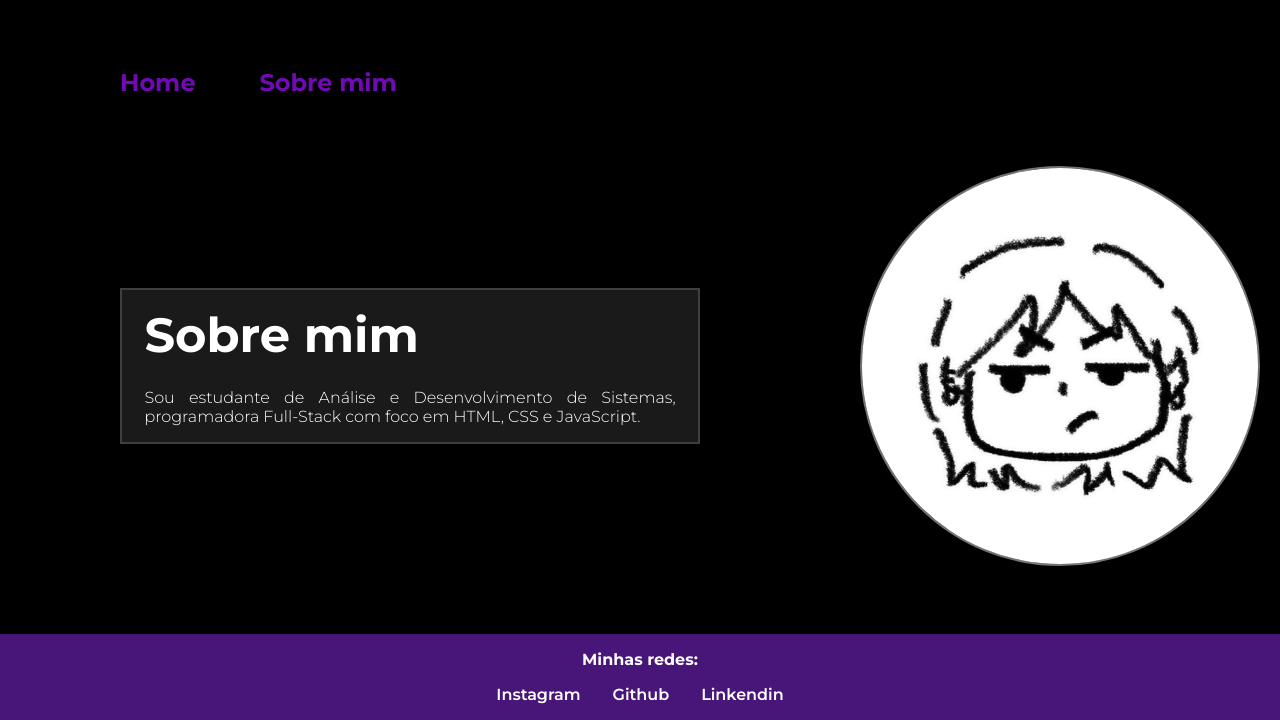
Repository: analessp/portfolio-developer
Page: index.html
The author's editor kept a copy of each file at every save. The page is drawn from the files as they stood at one save, then again after the next save.
The browser window is 1280 px wide. The pictures show the whole page.

Above is the page before, as saved 2025-04-24 10:18:33.

### index.html
<!DOCTYPE html>
<html lang="pt-BR">
<head>
    <meta charset="UTF-8">
    <meta name="viewport" content="width=device-width, initial-scale=1.0">
    <title>Portfólio de Ana Lessa</title>
    <link rel="stylesheet" href="style.css">
</head>
<body>
    <header>
        <nav>
            <uL class="navbar-list">
                <li>Home</li>
                <li>Sobre mim</li>
            </uL>
        </nav>
    </header>
    <main>
        <div class="about-me">
            <h1>Sobre mim</h1>
            <p>Sou estudante de Análise e Desenvolvimento de Sistemas, programadora Full-Stack com foco em HTML, CSS e JavaScript.</p>
        </div>
        <img src="/portfolio-developer/assets/avatar.jfif" alt="Avatar de Ana Lessa" class="about-me-image">
    </main>
    <footer>
        <h4>Minhas redes:</h4>
        <ul>
            <li> <a *href*="#">Instagram</a></li>
            <li> <a *href*="#">Github</a></li>
            <li> <a *href*="#">Linkendin</a></li>
            </ul>
    </footer>
</body>
</html>

### style.css
@import url('https://fonts.googleapis.com/css2?family=Montserrat:ital,wght@0,100..900;1,100..900&display=swap');

* {
    margin: 0;
    padding: 0;
    box-sizing: border-box;
    font-family: "Montserrat", sans-serif;
}

body {
    display: flex;
    flex-direction: column;
    justify-content: space-between;
    height: 100vh;
    width: 100%;
    background-color: black;
    color: white;
}

.navbar-list {
    padding-left: 120px;
    padding-top: 68px;
    display: flex;
    gap: 4rem;
    list-style-type: none;
    color: #7209b7;
    font-weight: 700;
    font-size: 1.5rem;
    margin-bottom: 3rem;
}

main {
    padding-left: 120px;
    display: flex;
    gap: 10rem;
    align-items: center;
}

.about-me {
    background-color: rgba(255, 255, 255, 0.1);
    display: flex;
    flex-direction: column;
    gap: 1.5rem;
    width: 50%;
    text-align: justify;
    padding: 1rem 1.4rem;
    border: 2px solid rgb(63, 63, 63);
}

.about-me h1 {
    font-size: 3rem;
}

.about-me p {
    font-weight: 300;
}

.about-me-image {
    width: 25rem;
    border-radius: 50%;
    border: 2px solid rgba(208, 208, 208, 0.552);
    height: fit-content;
}

footer {
    margin-top: 3rem;
    padding-top: 1rem;
    background-color: rgb(72, 22, 120);
    display: flex;
    flex-direction: column;
    align-items: center;
    gap: 1rem;
}

footer ul {
    display: flex;
    gap: 2rem;
    list-style-type: none;
    margin-bottom: 1rem;
}

footer a {
    text-decoration: none;
    color: white;
    font-weight: 600;
}

@media only screen and (max-width: 768px) {

    body {
        justify-content: center;
    }

    .navbar-list {
        justify-content: center;
        padding-left: 0;
        padding-top: 40px;
        margin-bottom: 0;
    }

    main {
        margin-top: 0;
        flex-direction: column-reverse;
        padding-left: 0;
        gap: 0;
    }

    .about-me-image {
        width: 18rem;
    }

    .about-me {
        width: 70%;
        height: 50px;
        overflow-y: auto;
    }

    .about-me h1 {
        text-align: center;
    }

    .about-me p {
        font-size: 1.2rem;
    }

}

After the next save:
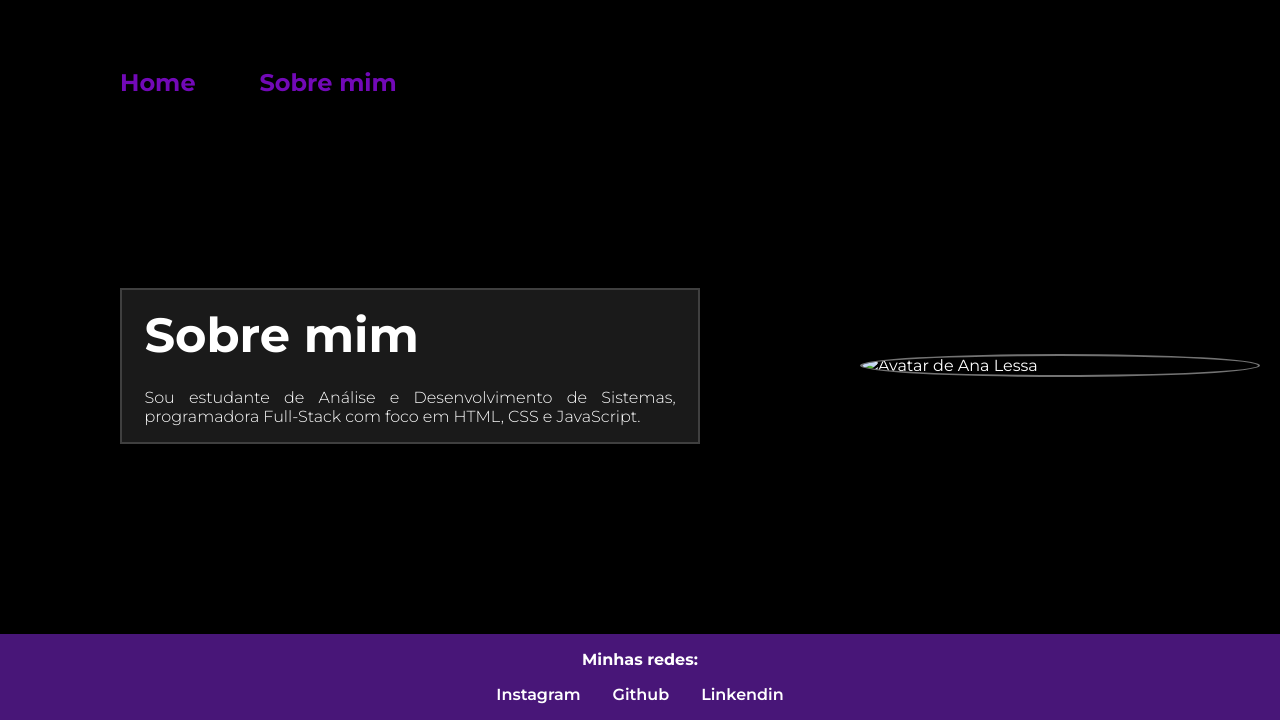
Saved 80 s later.
--- a/index.html
+++ b/index.html
@@ -20,7 +20,7 @@
             <h1>Sobre mim</h1>
             <p>Sou estudante de Análise e Desenvolvimento de Sistemas, programadora Full-Stack com foco em HTML, CSS e JavaScript.</p>
         </div>
-        <img src="/portfolio-developer/assets/avatar.jfif" alt="Avatar de Ana Lessa" class="about-me-image">
+        <img src="" alt="Avatar de Ana Lessa" class="about-me-image">
     </main>
     <footer>
         <h4>Minhas redes:</h4>

After the 2 saves that followed:
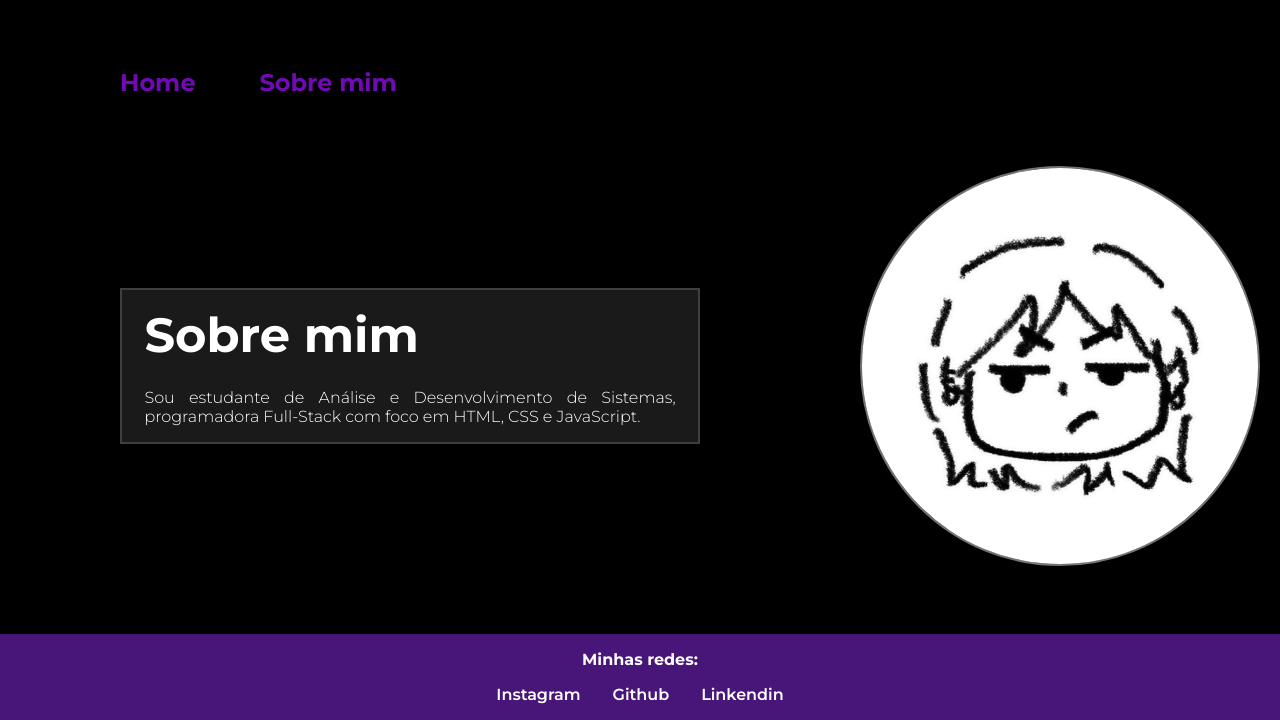
The 2 saves are shown as one change because they came seconds apart.
The last was saved 4 min 39 s later.
--- a/index.html
+++ b/index.html
@@ -20,7 +20,7 @@
             <h1>Sobre mim</h1>
             <p>Sou estudante de Análise e Desenvolvimento de Sistemas, programadora Full-Stack com foco em HTML, CSS e JavaScript.</p>
         </div>
-        <img src="" alt="Avatar de Ana Lessa" class="about-me-image">
+        <img src="/assets/avatar.jfif" alt="Avatar de Ana Lessa" class="about-me-image">
     </main>
     <footer>
         <h4>Minhas redes:</h4>
